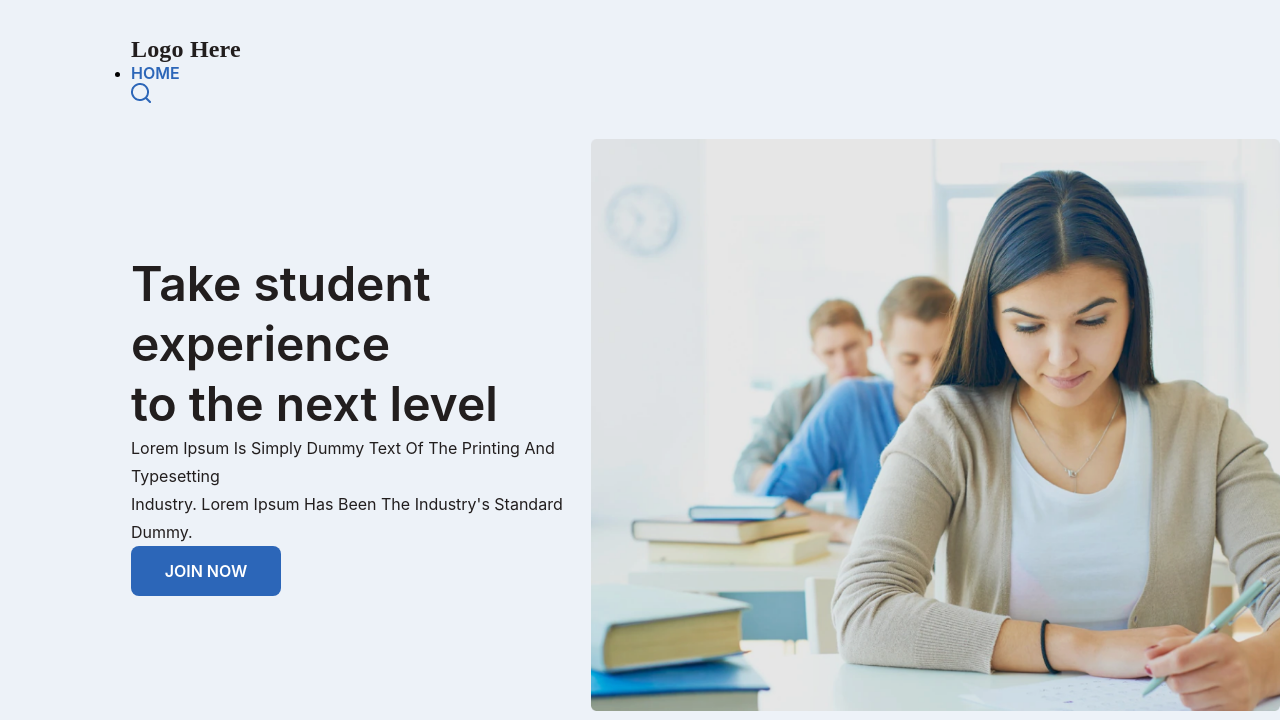
Repository: FaridRustamov09/Final-Task
Page: Pages/homePage/index.html
An editor plug-in stored every save of this project. The page is shown before and after the next save, followed by the edit.
The browser window is 1280 px wide. The pictures show the whole page.
The style sheet was rebuilt from its Sass, Less or Tailwind sources for each picture, by a compiler version that may differ from the author's.

Above is the page before, as saved 2024-07-14 20:14:53.

After the next save:
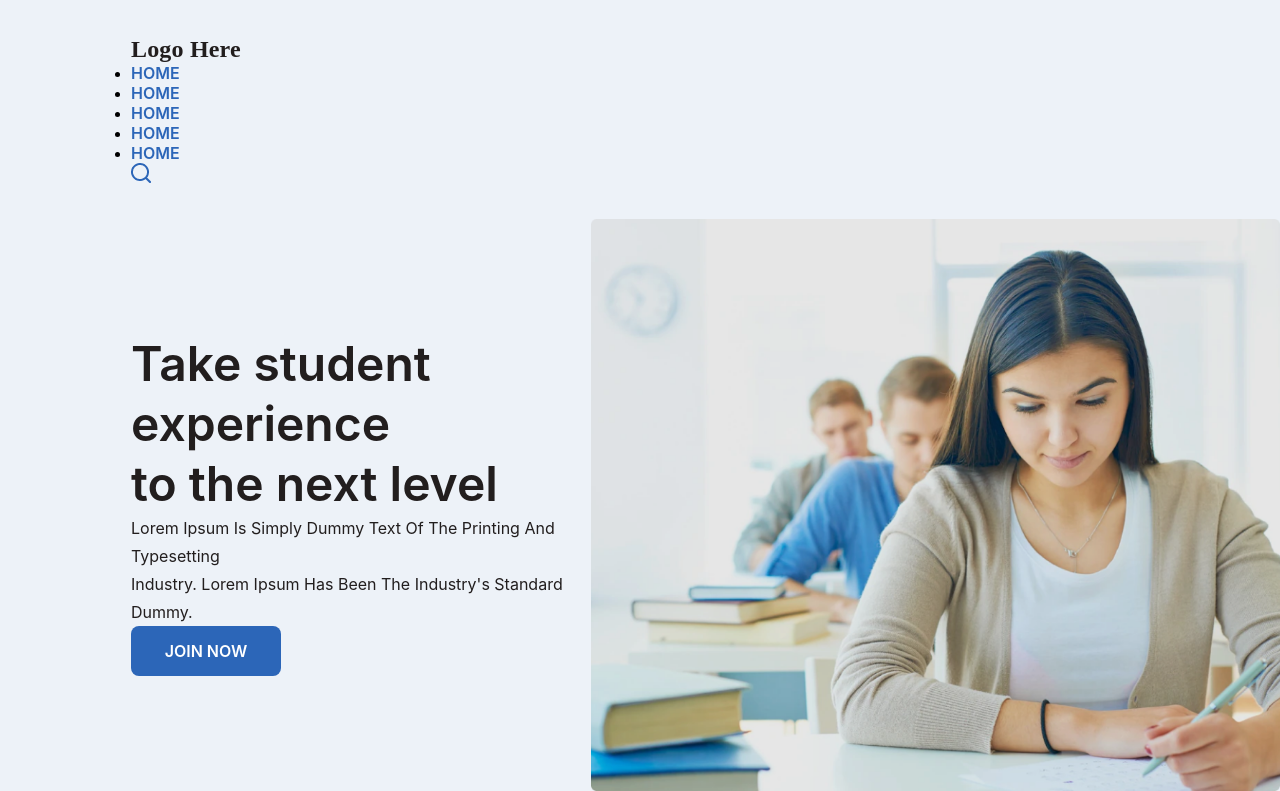
Saved 7 s later.
--- a/Pages/homePage/index.html
+++ b/Pages/homePage/index.html
@@ -11,6 +11,14 @@
 <nav>
     <b>Logo Here</b>
     <ul>
+        <li>    <a href="../homePage/index.html">Home</a>
+        </li>
+        <li>    <a href="../homePage/index.html">Home</a>
+        </li>
+        <li>    <a href="../homePage/index.html">Home</a>
+        </li>
+        <li>    <a href="../homePage/index.html">Home</a>
+        </li>
         <li>    <a href="../homePage/index.html">Home</a>
         </li>
     </ul>
